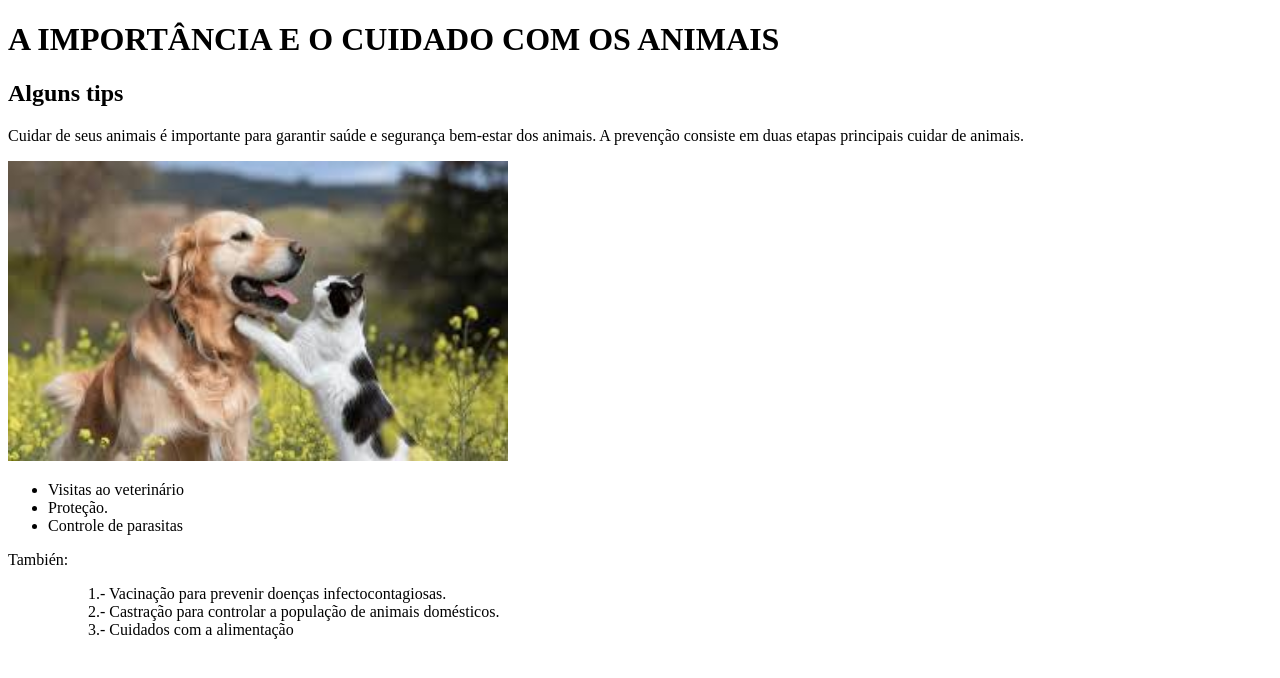
Repository: AnaFzCz/PROYECTOS-HTML---CSS2
Page: Ex_project_1/index.html
The author's editor kept a copy of each file at every save. The page is drawn from the files as they stood at one save, then again after the next save.
The browser window is 1280 px wide. The pictures show the whole page.

Above is the page before, as saved 2025-01-20 06:59:57.

After the next save:
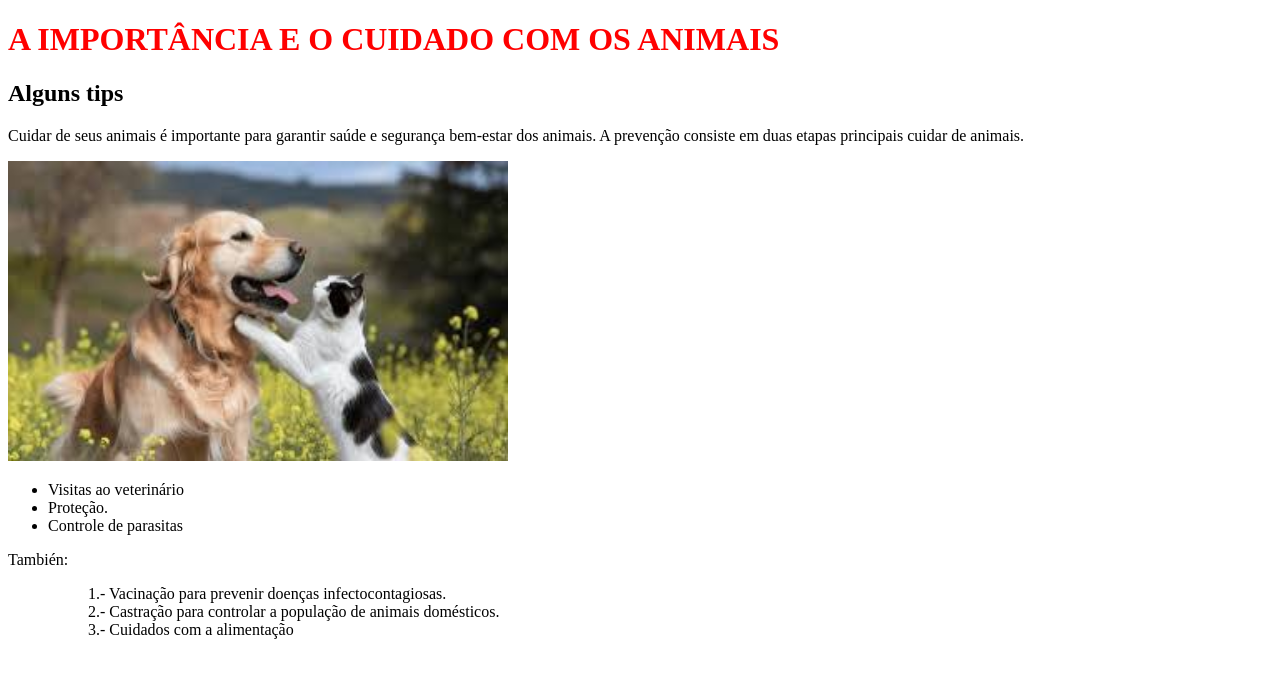
Saved 104 s later.
--- a/Ex_project_1/index.html
+++ b/Ex_project_1/index.html
@@ -4,7 +4,7 @@
     <meta charset="UTF-8">
 </head>
 <body>
-    <h1>A IMPORTÂNCIA E O CUIDADO COM OS ANIMAIS</h1>
+    <h1 style="color:#FF0000">A IMPORTÂNCIA E O CUIDADO COM OS ANIMAIS</h1>
     <h2>Alguns tips</h2>
     <p>Cuidar de seus animais é importante para garantir saúde e segurança bem-estar dos animais. A prevenção consiste em duas etapas principais cuidar de animais.</p>
     <img src="animales.jpg" alt="animales" style="width:500px;height: 300px;">
